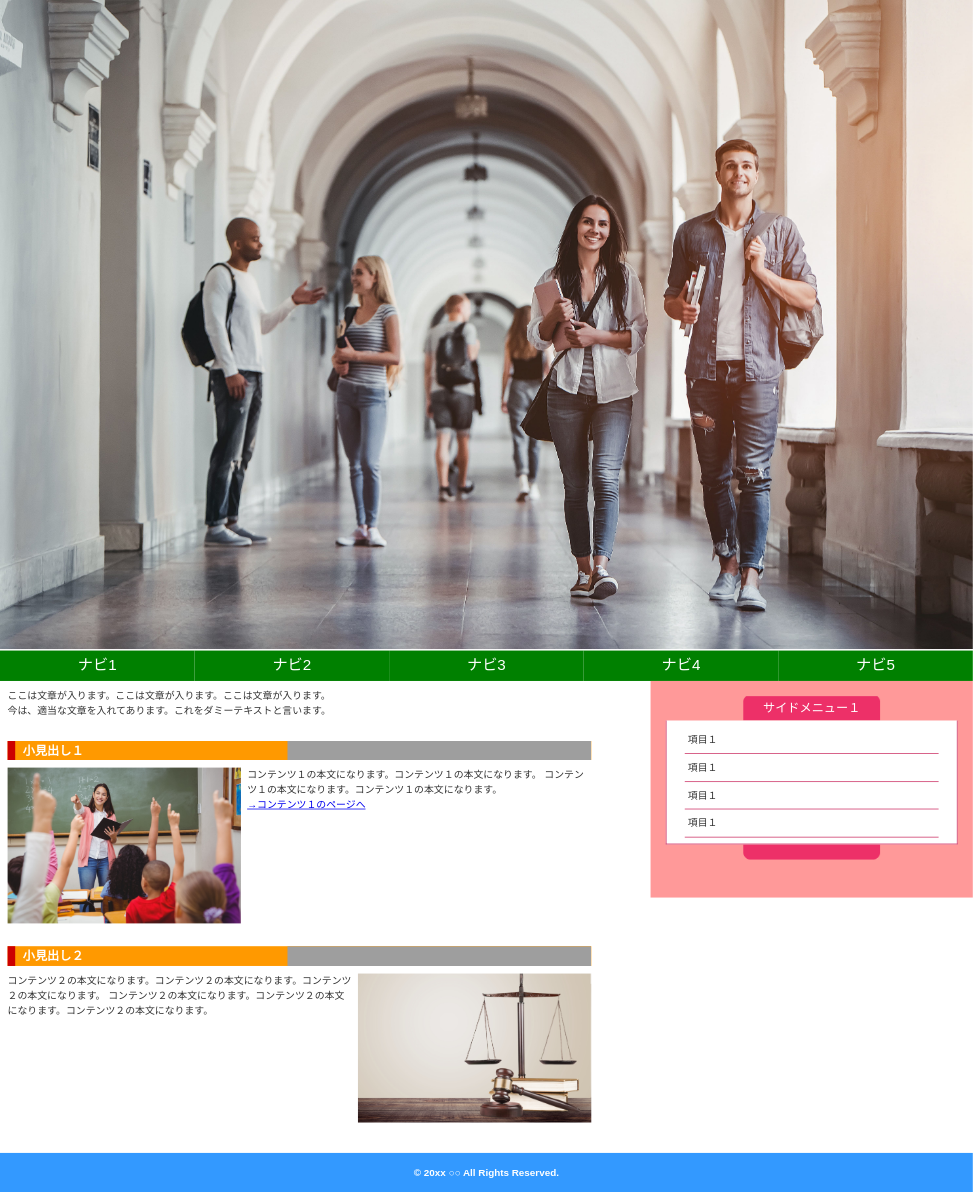
Repository: yachiyoryusei/samurai_HTML-CSS
Page: home.html
The author's editor kept a record of every edit. The page is drawn from the files as they stood at one moment, then again after the next edit.
The browser window is 1280 px wide. The pictures show the whole page, at 76% of full size.
The pointer rests on the first visible `#side .box .boxBody ul li`.
Pictures or frames that could not be fetched are drawn as grey boxes.

Above is the page before.

### home.html
<!DOCTYPE html>
<html lang="ja">
    <head>
        <meta charset="UTF-8">
        <title>HTML/CSSの学習</title>
        <link rel="stylesheet" href="stylesheet.css">
        <style type="text/css">

        </style>
    </head>
    <body>
       <div id="header">
           <h1><a href="index.html"><img id="corridor" src="images/corridor.jpg" alt="大学の廊下" /></a></h1>
        </div>

        <div id="wrapper">
             <div id="nav">
                <ul>                    <li><a href="home.html">ナビ1</a></li>
                   <li><a href="#">ナビ2</a></li>
                    <li><a href="#">ナビ3</a></li>
                    <li><a href="#">ナビ4</a></li>
                    <li><a href="#">ナビ5</a></li>
                </ul>
            </div>

            <div id="container">
                <div id="main">
                    <div class="post">
                        <p>ここは文章が入ります。ここは文章が入ります。ここは文章が入ります。
                        <br>今は、適当な文章を入れてあります。これをダミーテキストと言います。
                        </p>
                    </div>
                    <div class="post clearfix">
                        <h2>小見出し１</h2>
                        <img  class="left" src="images/classroom.jpg" alt="授業風景"></img>
                        <p>
                        コンテンツ１の本文になります。コンテンツ１の本文になります。
                        コンテンツ１の本文になります。コンテンツ１の本文になります。
                        </p>
                        <p><a href="#">→コンテンツ１のページへ</a></p>
                    </div>
                    <div class="post clearfix">
                        <h2>小見出し２</h2>
                        <img class="right" src="images/scale.jpg"　alt="天秤"></img>
                        <p>コンテンツ２の本文になります。コンテンツ２の本文になります。コンテンツ２の本文になります。
                        コンテンツ２の本文になります。コンテンツ２の本文になります。コンテンツ２の本文になります。</p>
                    </div>
                </div>
            </div>

            <div id="side">
                <div class="box">
                    <h2>サイドメニュー１</h2>
                    <div class="boxBody">
                        <ul>
                            <li>項目１</li>
                            <li>項目１</li>
                            <li>項目１</li>
                            <li>項目１</li>
                        </ul>
                    </div>
                </div>
            </div>
        </div>
        <div id="footer">
            <p>&copy; 20xx ○○ All Rights Reserved.</p>
        </div>
    </body>

</html>

### stylesheet.css
@charset "utf-8";

body {
	margin: 0;
	padding: 0;
	font-family: "ヒラギノ角ゴ Pro W3", "Hiragino Kaku Gothic Pro", "メイリオ", Meiryo, Osaka, "ＭＳ Ｐゴシック", "MS PGothic", sans-serif;
	color: #333;
	font-size: 13px;
	line-height: 150%;
}

/* -------------------- wrapper -------------------- */
#wrapper {
	width: 100%;
	margin: auto;
	padding: 0px;
	border: 0px;
	background-color: #FFF;
}

/* -------------------- header -------------------- */
#header{
	width:100%;
}
#header h1{
	margin:0;
	padding:0;
}
#corridor{
	width:100%;
	height:auto;
}

/* -------------------- footer -------------------- */
#footer{
	clear:both;
	width:100%;
	padding: 3px 0 ;
	background:#39F;
	color:#fff;
	font-weight:bold;
	text-align:center;
}

 /* -------------------- nav -------------------- */
 #nav {
	 width: 100%;
 }
 #nav ul {
	 margin: 0;
	 padding: 0;
	 list-style-type: none;
 }
 #nav ul li {
	 float: left;
	 width: 20%;
	 text-align: center;
}
 #nav ul li a {
	 display: block;
	 height: 20px;
	 margin: 0;
	 padding: 10px;
	 color: #FFF;
	 font-size: 20px;
	 text-decoration: none;
	 background-color: green;
 }

 #nav ul li a:hover{
  filter:drop-shadow(10px 10px 10px black);
 }

  /* -------------------- container -------------------- */
  #cotainer{
  	width:100%;
  	margin: auto;
  	padding: auto;
  	padding-top:20px;
  	clear:both;
  }
  /* -------------------- main -------------------- */
  #main{
  	float:left;
  	width:60%;
  	padding: 10px 30px 10px 10px;
  }
  #main h2{
  	margin: 0 0 10px 0;
  	padding: 3px 10px;
  	color:#fff;
  	font-size:16px;
  	border-left: solid 10px #c00;
  	background:#f90 url(../images/main_h2.jpg) right top repeat-y;
  }
  #main p {
  	margin: 0;
  	padding:0;
  }
  #main .post{
  	margin: 0 0 30px 0;
  }
  #main .post img.right{
  	margin: 0 0 0 8px;
  }
  #main .post img.left{
  	margin: 0 8px 0 0;
  }
  .right{
  	float:right;
  	width:40%;
  	height:auto;
  }
  .left{
  	float:left;
  	width:40%;
  	height:auto;

  }
  /* -------------------- clearfix -------------------- */
  .clearfix{
  	zoom:1;
  }
  .clearfix:after{
  	content:"";
  	display:block;
  	clear:both;
  }

  /* -------------------- side -------------------- */
  #side{
  	float: right;
  	width:30%;
  	padding: 20px;
  	background-color:#f99;
  }
  #side .box{
  	margin: 0 auto 30px auto;
  	padding: 0 0 20px 0;
  	background: url(images/side_box.png) bottom no-repeat;
  }
  #side .box h2 {
  	margin: 0;
  	padding: 8px;
  	text-align: center;
  	color: #fff;
  	font-size: 16px;
  	line-height: 16px;
  	font-weight: normal;
  	background: url(images/side_box_h2.png) center no-repeat;
  }
  #side .box .boxBody{
  	padding: 8px;
  	border-right: solid 1px #c36;
  	border-bottom: solid 1px #c36;
  	border-left: solid 1px #c36;
  	background: #fff;
  }
  #side .box .boxBody ul{
  	margin: 0 016px 0;
  	padding:0;
  }
  #side .box .boxBody ul li{
  	padding:8px 0 8px 4px;
  	list-style:none;
  	border-bottom: solid 1px #c36;
  }

  #side .box .boxBody ul li:hovere{
   padding: 8px 0 8px 4px;
   list-style:none;
   border-bottom: solid 1px #c36;
   box-shadow: 0px 4px 4px rgba(0, 0, 0, 0.3);
  }

After the next edit:
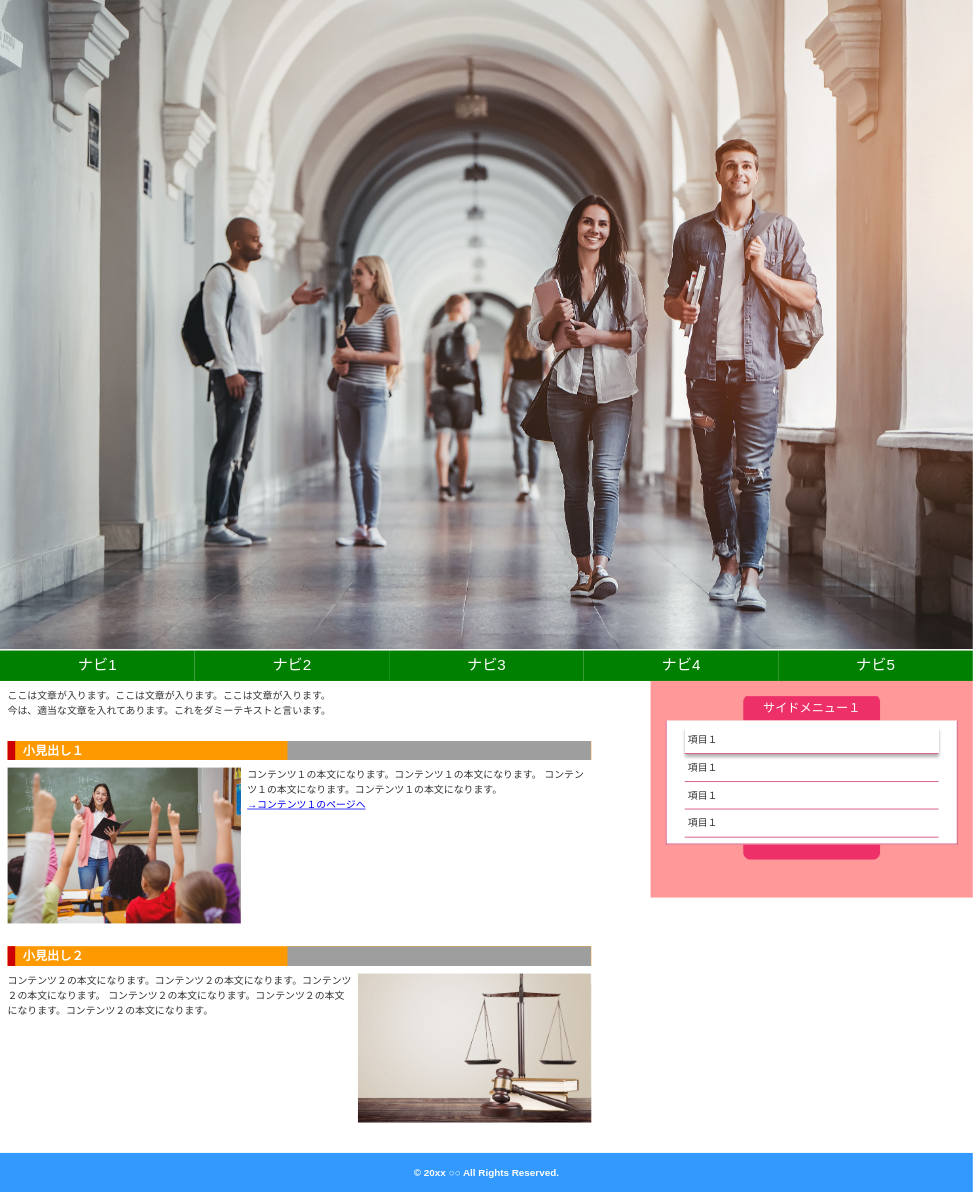
The edit:
--- a/stylesheet.css
+++ b/stylesheet.css
@@ -166,7 +166,7 @@
   	border-bottom: solid 1px #c36;
   }
 
-  #side .box .boxBody ul li:hovere{
+  #side .box .boxBody ul li:hover{
    padding: 8px 0 8px 4px;
    list-style:none;
    border-bottom: solid 1px #c36;
